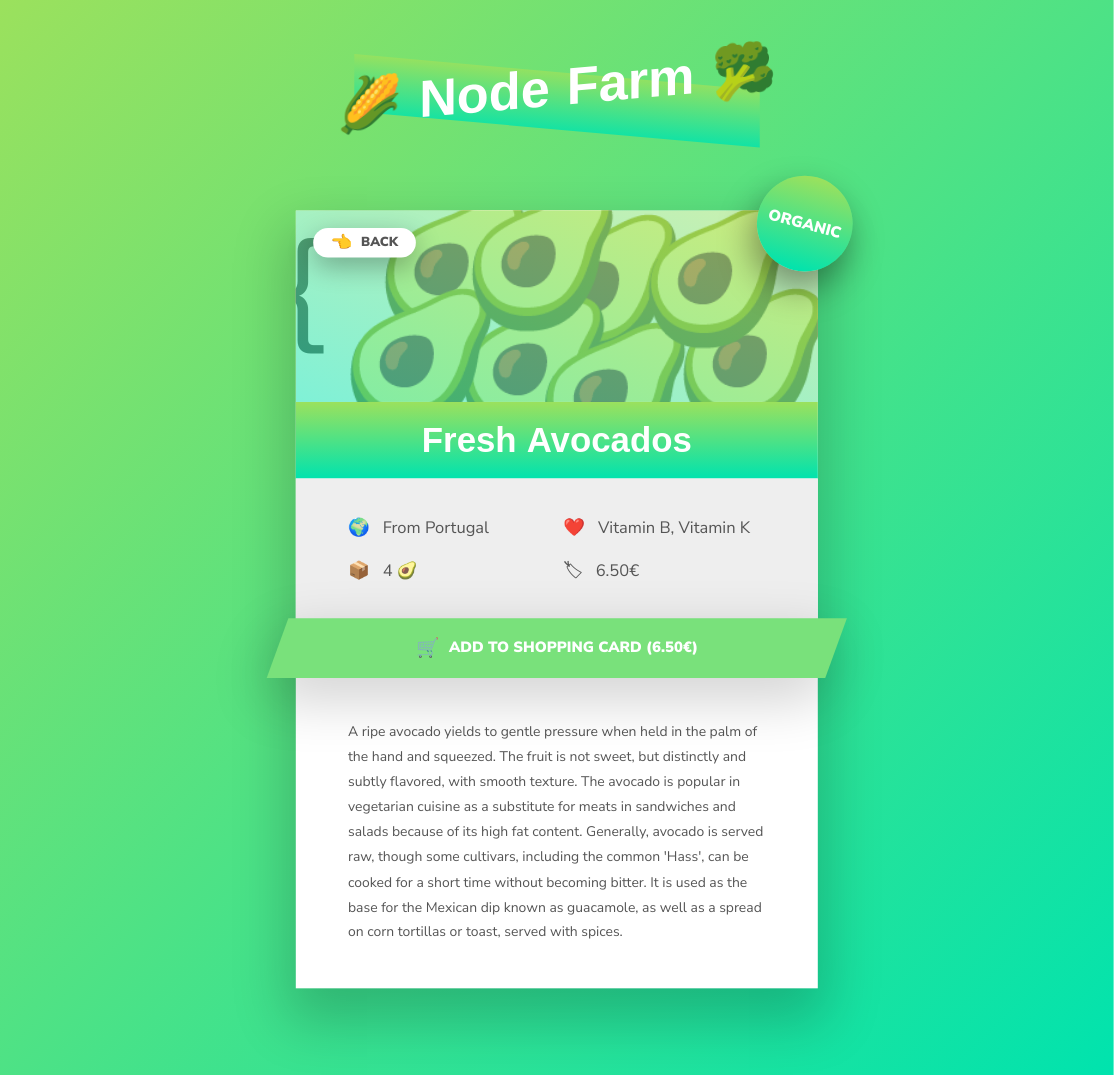
Repository: 13-Joban/Node_Farm_Backend
Page: templates/product.html
The author's editor kept a copy of each file at every save. The page is drawn from the files as they stood at one save, then again after a run of saves.
The browser window is 1280 px wide. The pictures show the whole page, at 87% of full size.
Some web fonts or font styles are not loaded; a fallback is used.

Above is the page before, as saved 2022-07-16 16:57:41.

After the next 3 saves:
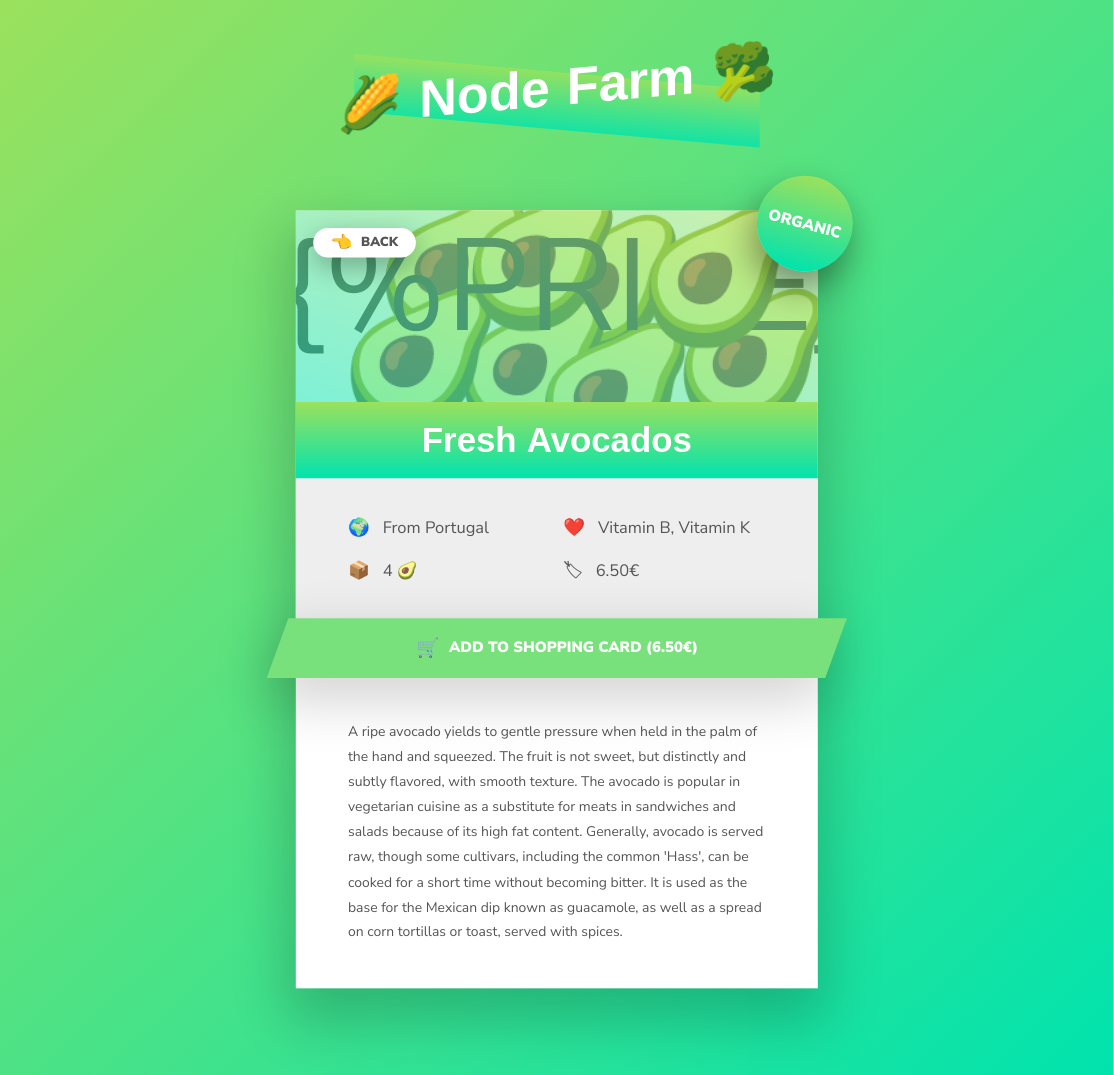
The 3 saves are shown as one change because they came seconds apart.
The last was saved 10 s later.
--- a/templates/product.html
+++ b/templates/product.html
@@ -275,7 +275,7 @@
           <span class="emoji-left">👈</span>Back
         </a>
         <div class="product__hero">
-          <span class="product__emoji product__emoji--1">{</span>
+          <span class="product__emoji product__emoji--1">{%PRICE}</span>
           <span class="product__emoji product__emoji--2">🥑</span>
           <span class="product__emoji product__emoji--3">🥑</span>
           <span class="product__emoji product__emoji--4">🥑</span>
